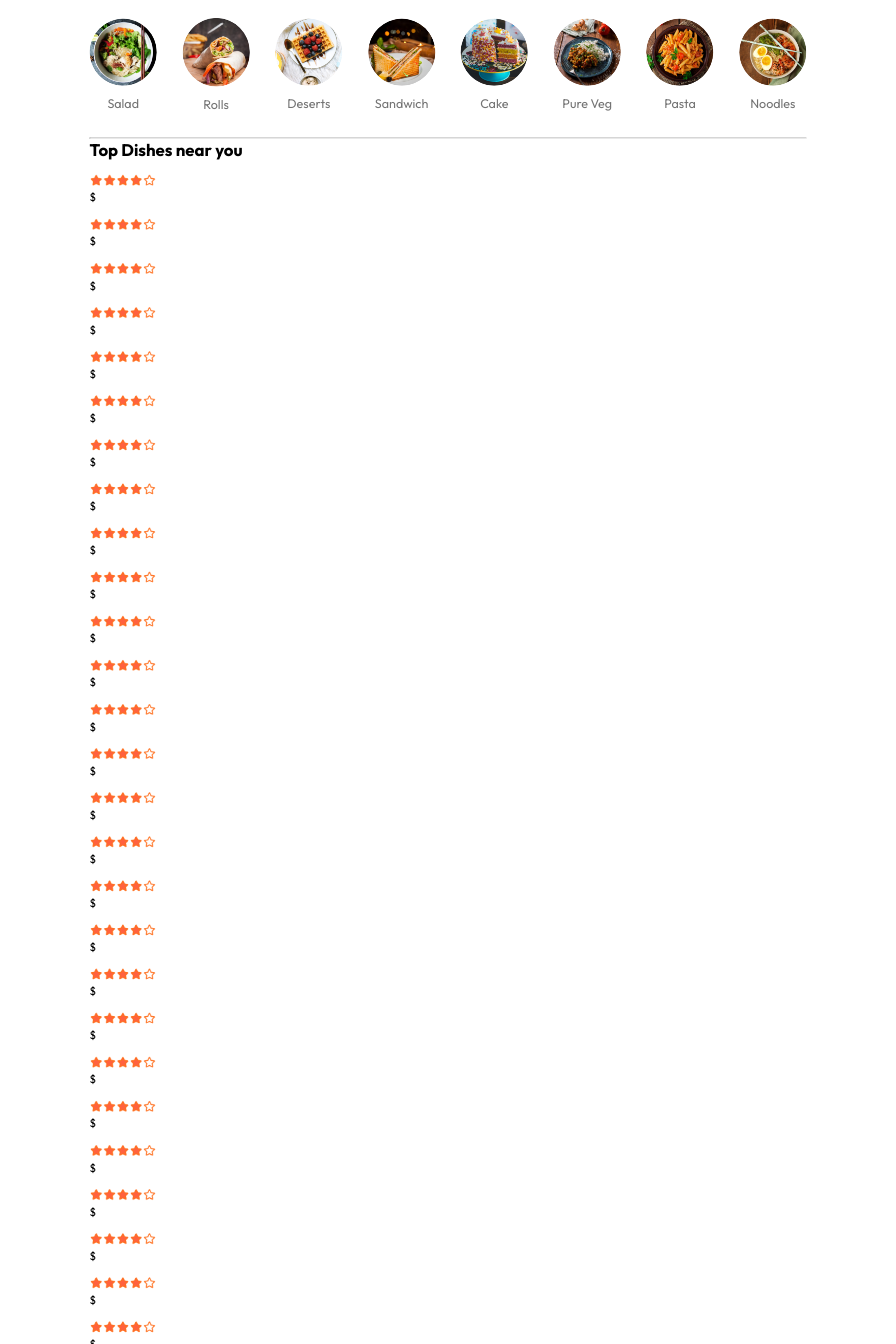
Repository: guilhermecardoso93/tomato-front-end
Page: /
An editor plug-in stored every save of this project. The page is shown before and after the next save, followed by the edit.
The browser window is 1280 px wide. The pictures show the part of the page from y = 701 to 2621 px (the page is 2946 px tall before and 3586 px after), at 70% of full size.
The project was rebuilt for these pictures with package versions that can differ from the ones it lists, and the page was loaded fresh each time. Also part of the build but not shown: vite.config.js, src/components/FoodItem/styles.css, src/components/FoodDisplay/styles.css, src/pages/Cart/styles.css, src/pages/Cart/index.jsx, src/pages/PlaceOrder/styles.css, src/pages/PlaceOrder/index.jsx.

Above is the page before, as saved 2024-10-30 19:17:04.

After the next save:
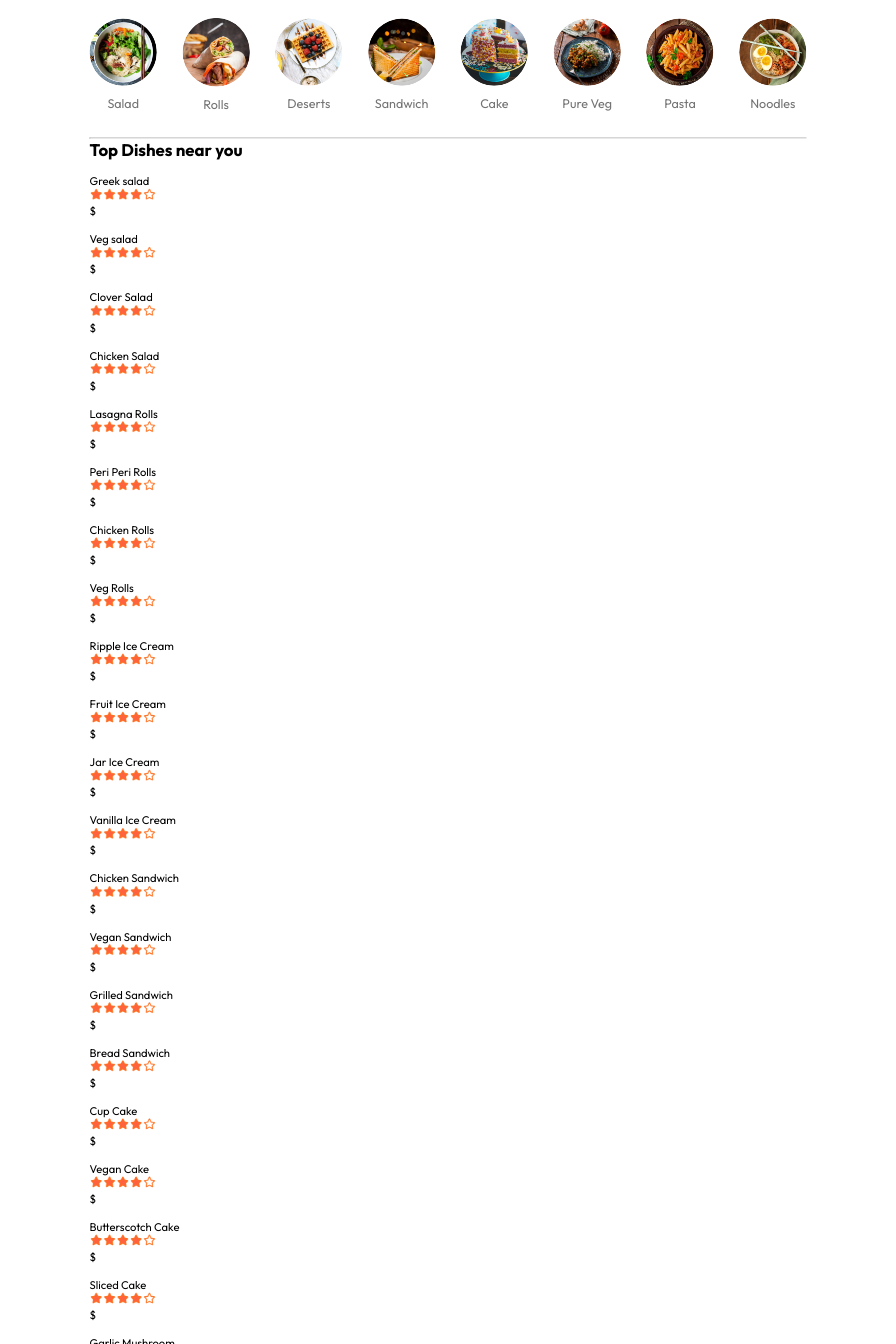
Saved 53 s later.
--- a/src/components/FoodDisplay/Index.jsx
+++ b/src/components/FoodDisplay/Index.jsx
@@ -14,8 +14,8 @@ export const FoodDisplay = ({ category }) => {
           return (
             <FoodItem
               key={index}
-              id={item._id}
-              name={item._name}
+              id={item.id}
+              name={item.name}
               description={item._description}
               price={item._price}
               image={item._image}
